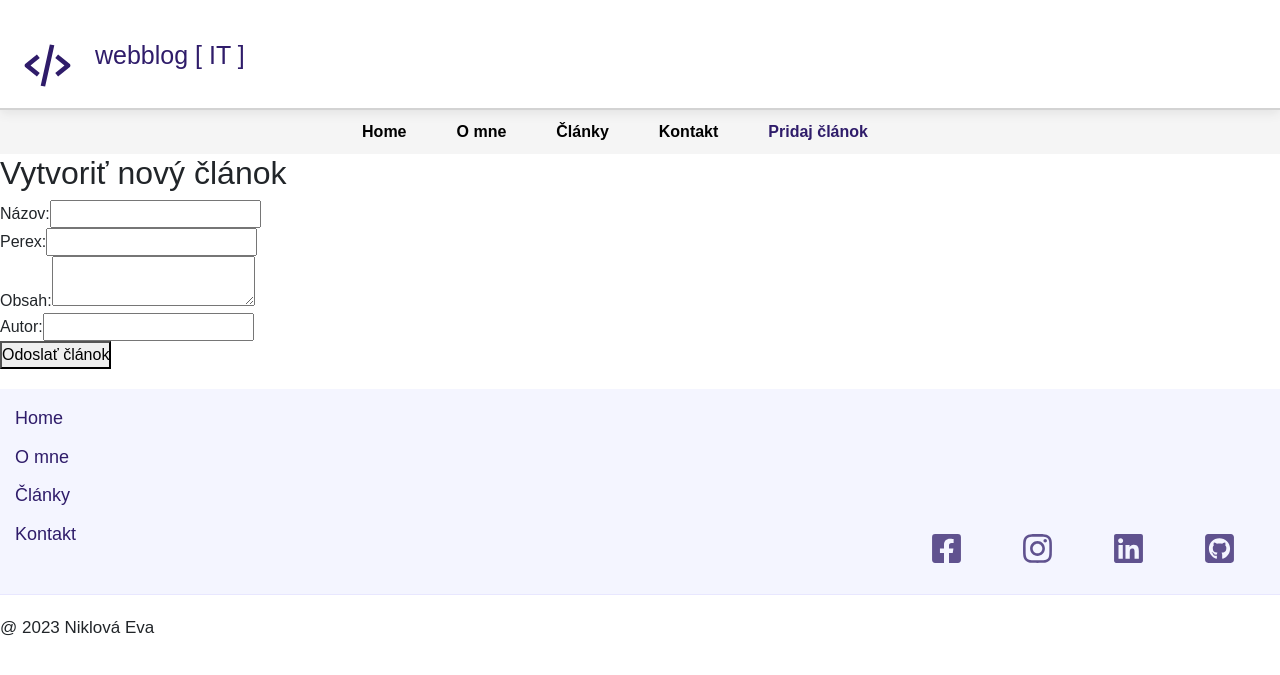
Repository: eniklova/github-bl
Page: /newarticel
The author's editor kept a copy of each file at every save. The page is drawn from the files as they stood at one save, then again after the next save.
The browser window is 1280 px wide. The pictures show the whole page.
Some web fonts or font styles are not loaded; a fallback is used. The project was rebuilt for these pictures with package versions that can differ from the ones it lists, and the page was loaded fresh each time. Also part of the build but not shown: src/components/ArticleList.js, src/components/HeroSlider.css, src/components/HeroSlider.js, src/pages/Home.js, src/pages/Aboutme.js, src/pages/Articles.js, src/pages/Kontakt.js, src/pages/Error.js.

Above is the page before, as saved 2023-10-23 10:42:25.

After the next save:
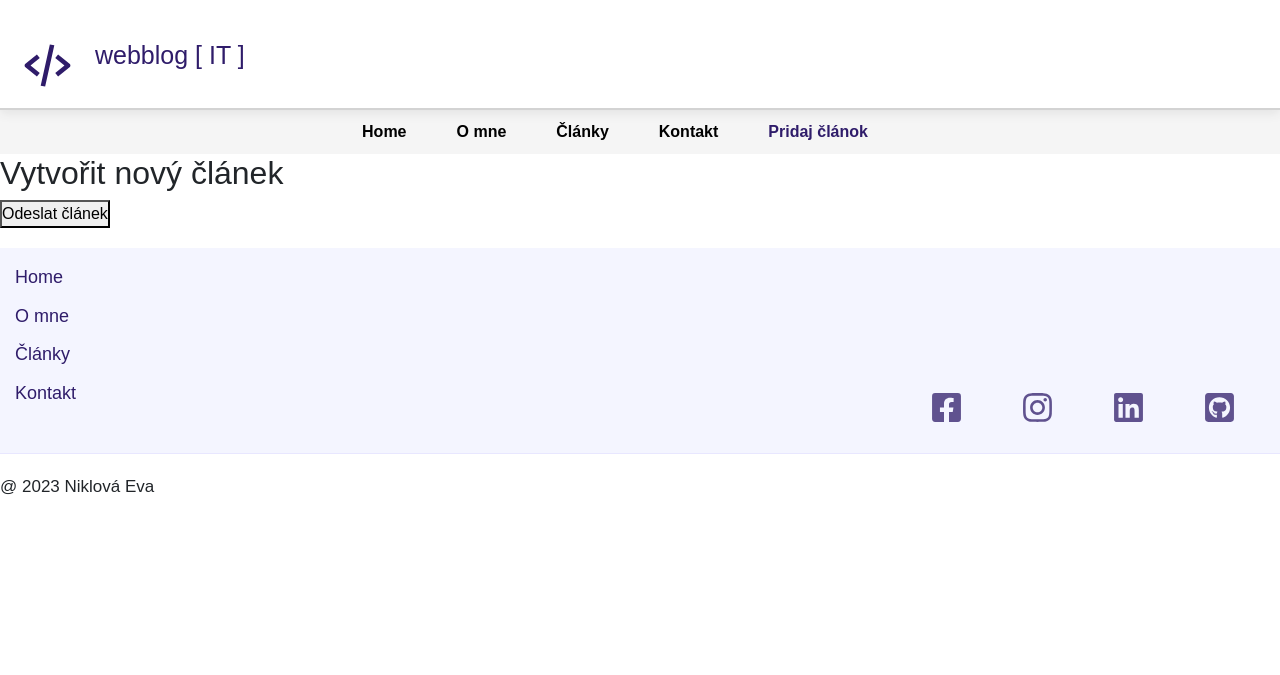
Saved 3 min 31 s later.
--- a/src/components/ArticleForm.js
+++ b/src/components/ArticleForm.js
@@ -7,7 +7,7 @@
     perex: "",
     content: "",
     author: "",
-
+    published_at: null, // Přidáme pole pro datum publikace
   };
   const [formData, setFormData] = useState({ ...initialFormData });
   const [submitMessage, setSubmitMessage] = useState("");
@@ -24,67 +24,46 @@
   const handleSubmit = async (e) => {
     e.preventDefault();
 
-    console.log("Dáta z formulára:", formData);
+    console.log("Data z formuláře:", formData);
 
     try {
-      await createArticle(formData);
-      setSubmitMessage("Článok bol úspešne odoslaný!");
-      setIsSubmitted(true);
-      // Vymažeme data z formuláře po úspěšném odeslání
-      setFormData({ ...initialFormData });
+      // Validace dat před odesláním na server
+      if (validateFormData(formData)) {
+        await createArticle(formData);
+        setSubmitMessage("Článek byl úspěšně odeslán!");
+        setIsSubmitted(true);
+        // Vymazání dat z formuláře po úspěšném odeslání
+        setFormData({ ...initialFormData });
+      } else {
+        setSubmitMessage("Chyba: Neplatná data");
+      }
     } catch (error) {
-      console.error("Chyba pri vytváraní článku:", error);
-      setSubmitMessage("Chyba pri odosielaní článku");
+      console.error("Chyba při vytváření článku:", error);
+      setSubmitMessage("Chyba při odesílání článku");
     }
+  };
+
+  // Funkce pro validaci dat
+  const validateFormData = (data) => {
+    if (
+      data.title.length > 0 &&
+      data.title.length <= 255 &&
+      data.perex.length > 0 &&
+      data.perex.length <= 255 &&
+      data.author.length > 0 &&
+      data.author.length <= 255
+    ) {
+      return true;
+    }
+    return false;
   };
 
   return (
     <div>
-      <h2>Vytvoriť nový článok</h2>
+      <h2>Vytvořit nový článek</h2>
       <form onSubmit={handleSubmit}>
-        <div>
-          <label htmlFor="title">Názov:</label>
-          <input
-            type="text"
-            id="title"
-            name="title"
-            value={formData.title}
-            onChange={handleChange}
-          />
-        </div>
-        <div>
-          <label htmlFor="perex">Perex:</label>
-          <input
-            type="text"
-            id="perex"
-            name="perex"
-            value={formData.perex}
-            onChange={handleChange}
-          />
-        </div>
-        <div>
-          <label htmlFor="content">Obsah:</label>
-          <textarea
-            id="content"
-            name="content"
-            value={formData.content}
-            onChange={handleChange}
-          />
-        </div>
-        <div>
-          <label htmlFor="author">Autor:</label>
-          <input
-            type="text"
-            id="author"
-            name="author"
-            value={formData.author}
-            onChange={handleChange}
-          />
-        </div>
-
-        {isSubmitted ? null : (
-          <button type="submit">Odoslať článok</button>
-        )}
+        {/* ... vstupní pole pro název, perex, obsah, autora a datum publikace */}
+        <button type="submit">Odeslat článek</button>
       </form>
 
       {submitMessage && <p>{submitMessage}</p>}

After the save that followed:
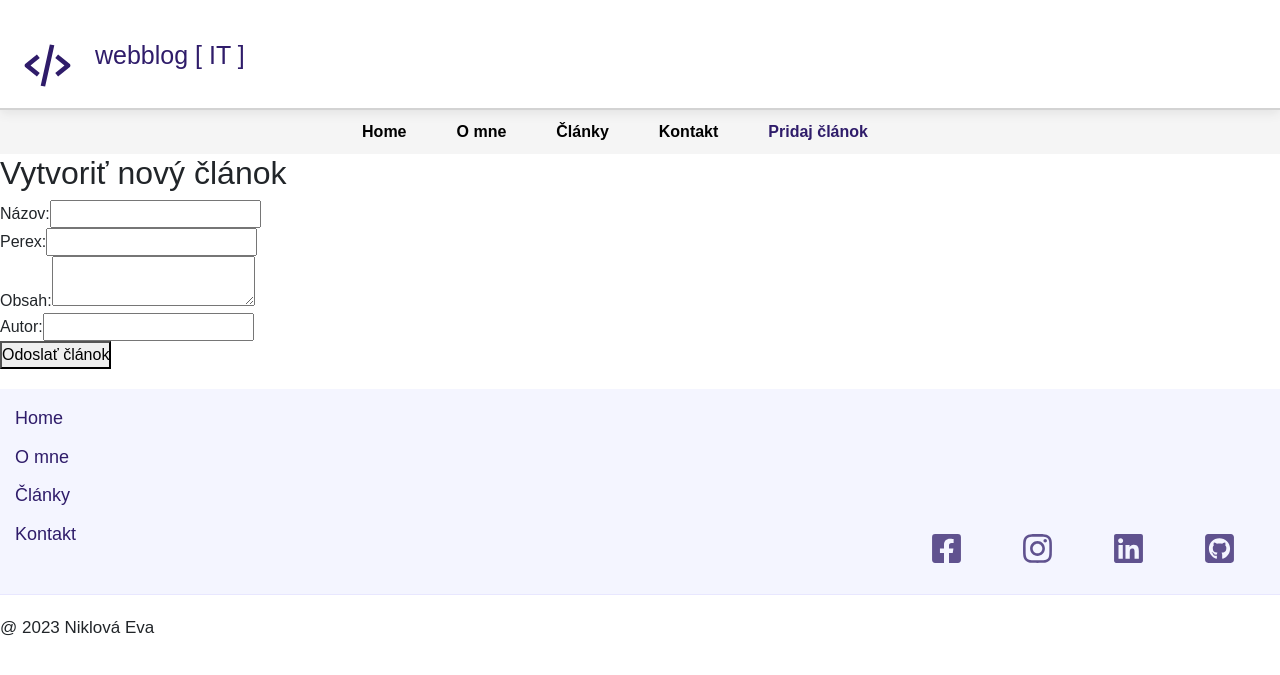
Saved 91 s later.
--- a/src/components/ArticleForm.js
+++ b/src/components/ArticleForm.js
@@ -7,7 +7,7 @@
     perex: "",
     content: "",
     author: "",
-    published_at: null, // Přidáme pole pro datum publikace
+
   };
   const [formData, setFormData] = useState({ ...initialFormData });
   const [submitMessage, setSubmitMessage] = useState("");
@@ -24,46 +24,67 @@
   const handleSubmit = async (e) => {
     e.preventDefault();
 
-    console.log("Data z formuláře:", formData);
+    console.log("Dáta z formulára:", formData);
 
     try {
-      // Validace dat před odesláním na server
-      if (validateFormData(formData)) {
-        await createArticle(formData);
-        setSubmitMessage("Článek byl úspěšně odeslán!");
-        setIsSubmitted(true);
-        // Vymazání dat z formuláře po úspěšném odeslání
-        setFormData({ ...initialFormData });
-      } else {
-        setSubmitMessage("Chyba: Neplatná data");
-      }
+      await createArticle(formData);
+      setSubmitMessage("Článok bol úspešne odoslaný!");
+      setIsSubmitted(true);
+      // Vymažeme data z formuláře po úspěšném odeslání
+      setFormData({ ...initialFormData });
     } catch (error) {
-      console.error("Chyba při vytváření článku:", error);
-      setSubmitMessage("Chyba při odesílání článku");
+      console.error("Chyba pri vytváraní článku:", error);
+      setSubmitMessage("Chyba pri odosielaní článku");
     }
-  };
-
-  // Funkce pro validaci dat
-  const validateFormData = (data) => {
-    if (
-      data.title.length > 0 &&
-      data.title.length <= 255 &&
-      data.perex.length > 0 &&
-      data.perex.length <= 255 &&
-      data.author.length > 0 &&
-      data.author.length <= 255
-    ) {
-      return true;
-    }
-    return false;
   };
 
   return (
     <div>
-      <h2>Vytvořit nový článek</h2>
+      <h2>Vytvoriť nový článok</h2>
       <form onSubmit={handleSubmit}>
-        {/* ... vstupní pole pro název, perex, obsah, autora a datum publikace */}
-        <button type="submit">Odeslat článek</button>
+        <div>
+          <label htmlFor="title">Názov:</label>
+          <input
+            type="text"
+            id="title"
+            name="title"
+            value={formData.title}
+            onChange={handleChange}
+          />
+        </div>
+        <div>
+          <label htmlFor="perex">Perex:</label>
+          <input
+            type="text"
+            id="perex"
+            name="perex"
+            value={formData.perex}
+            onChange={handleChange}
+          />
+        </div>
+        <div>
+          <label htmlFor="content">Obsah:</label>
+          <textarea
+            id="content"
+            name="content"
+            value={formData.content}
+            onChange={handleChange}
+          />
+        </div>
+        <div>
+          <label htmlFor="author">Autor:</label>
+          <input
+            type="text"
+            id="author"
+            name="author"
+            value={formData.author}
+            onChange={handleChange}
+          />
+        </div>
+
+        {isSubmitted ? null : (
+          <button type="submit">Odoslať článok</button>
+        )}
       </form>
 
       {submitMessage && <p>{submitMessage}</p>}
